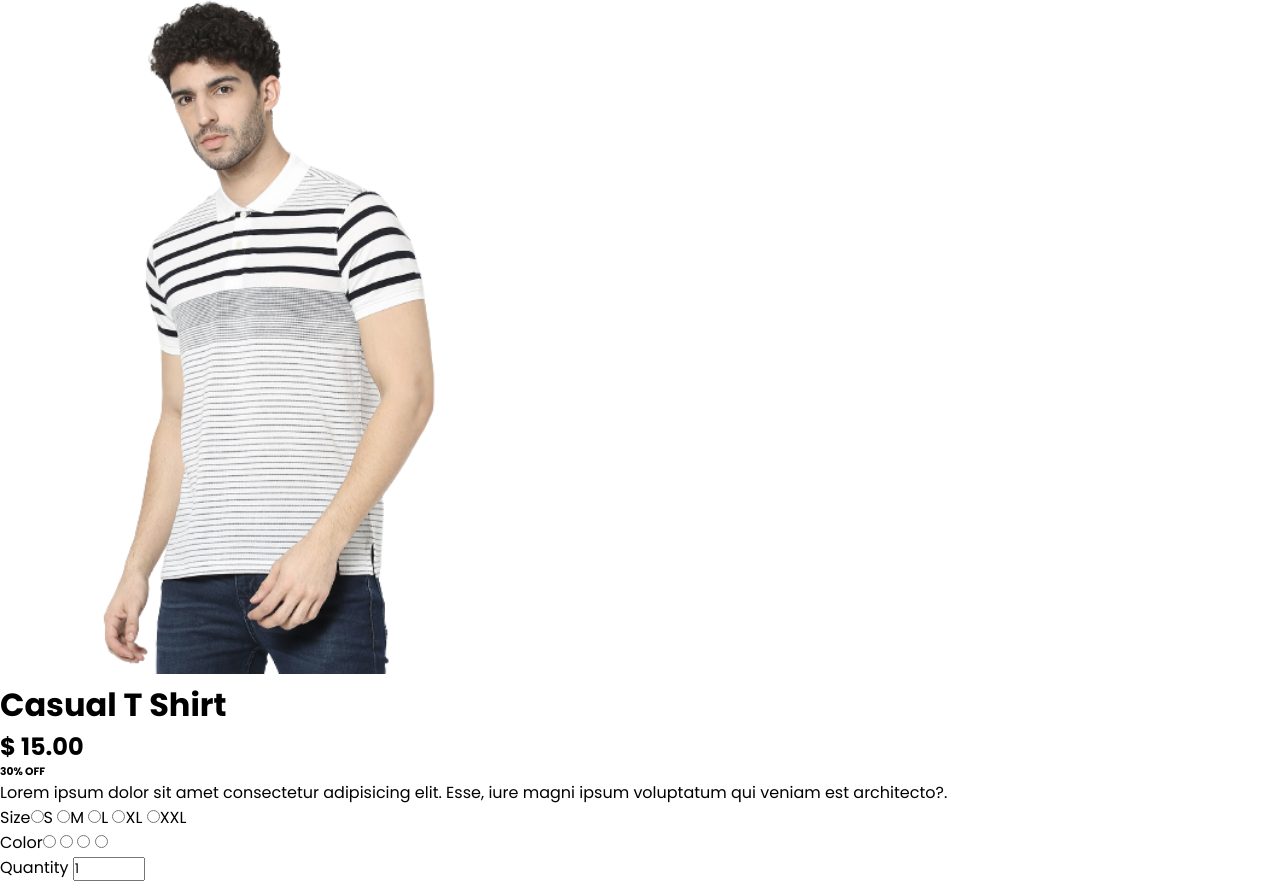
Repository: Ankitkr2021/Product-Page
Page: index.html
These files come from the project's save history. The page is drawn as it stood at one moment and after the next save; the edit follows.
The browser window is 1280 px wide. The pictures show the whole page.

Above is the page before, as saved 2025-10-24 10:12:19.

After the next save:
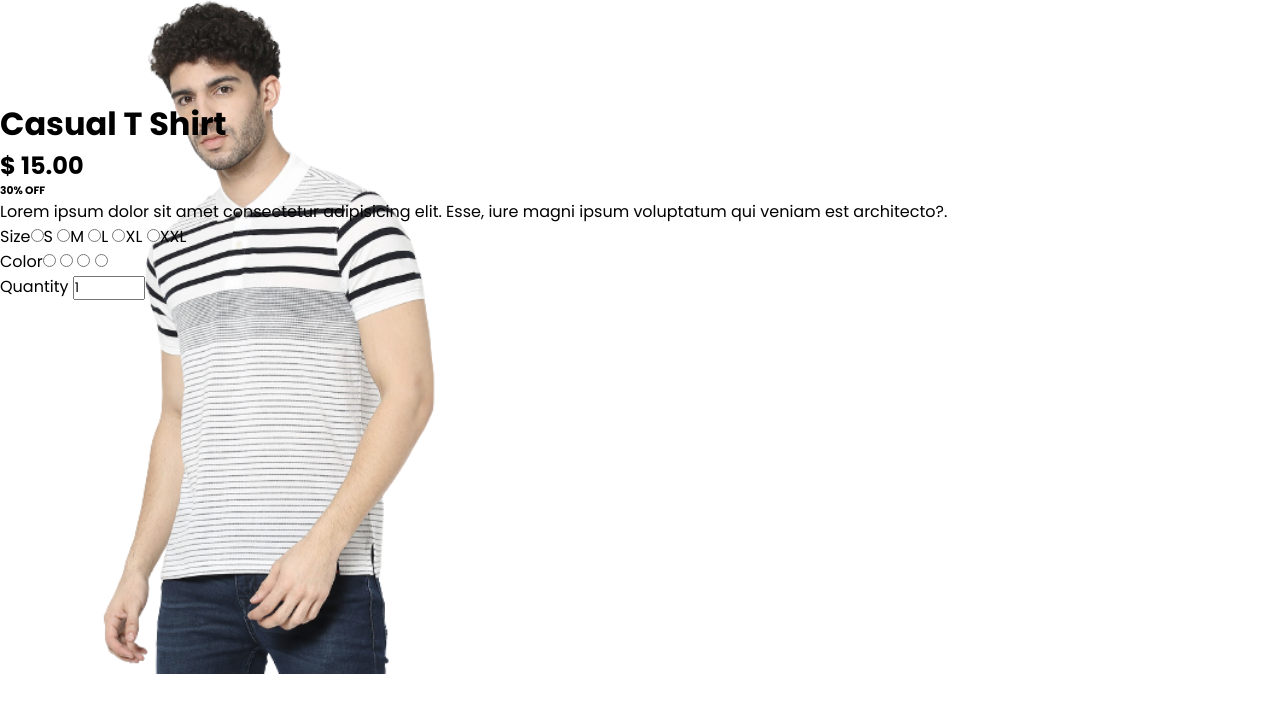
Saved 16 s later.
--- a/style.css
+++ b/style.css
@@ -8,5 +8,6 @@
 }
 
 .left {
-
+    height: 100px;
+    width: 50px;
 }
